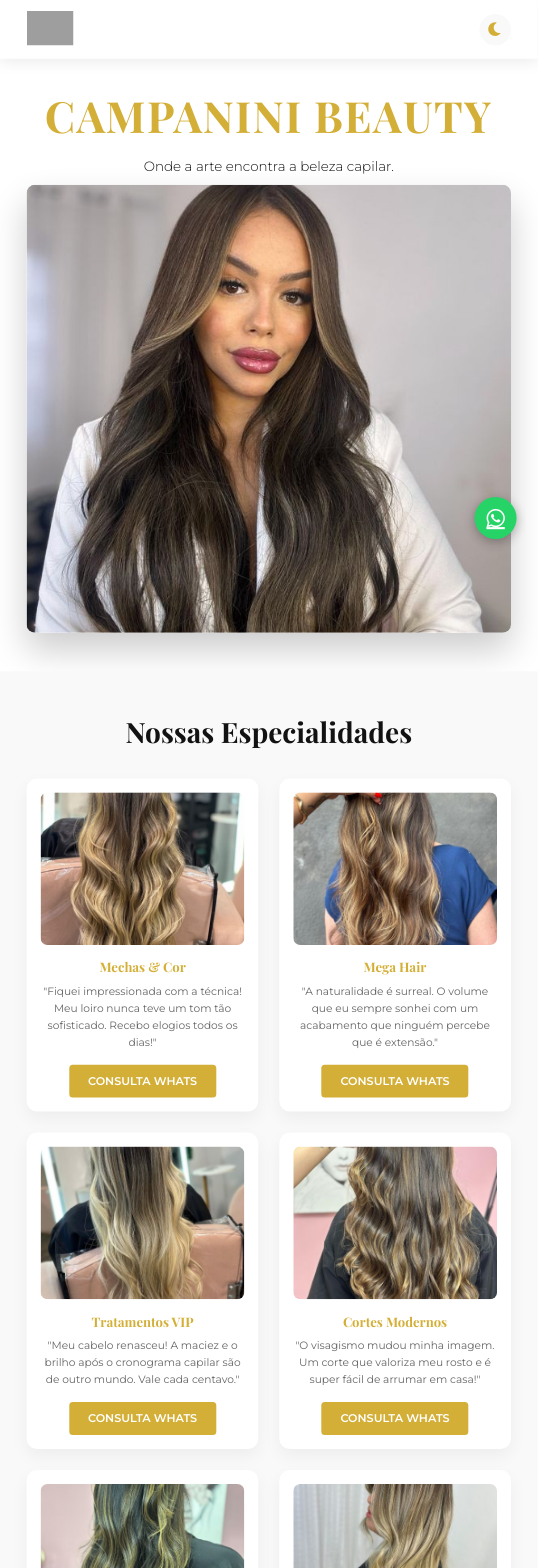
Repository: Sandro1969-tech/campanini-beauty
Page: index.html
These files come from the project's save history. The page is drawn as it stood at one moment and after a run of saves; the edit follows.
The browser window is 768 px wide. The pictures show the part of the page from y = 0 to 2240 px (the page is 3938 px tall before and 3968 px after), at 70% of full size.
Pictures or frames that could not be fetched are drawn as grey boxes. Some web fonts or font styles are not loaded; a fallback is used.

Above is the page before, as saved 2026-02-17 12:27:23.

### index.html
<!DOCTYPE html>
<html lang="pt-br">
<head>
    <meta charset="UTF-8">
    <meta name="viewport" content="width=device-width, initial-scale=1.0">
    <title>Campanini Beauty | Transformação e Brilho</title>
    <link rel="icon" href="assets/image/favicon.png" type="image/png">

    <link href="https://fonts.googleapis.com/css2?family=Montserrat:wght@300;400;600;700&family=Playfair+Display:ital,wght@0,700;1,700&display=swap" rel="stylesheet">
    <link rel="stylesheet" href="https://cdnjs.cloudflare.com/ajax/libs/font-awesome/6.0.0/css/all.min.css">

    <style>
        :root {
            --primary: #d4af37; /* Dourado */
            --dark: #121212;
            --light: #ffffff;
            --gray-bg: #f9f9f9;
            --text-muted: #666;
            --transition: 0.4s cubic-bezier(0.4, 0, 0.2, 1);
        }

        .dark-mode {
            --light: #121212;
            --dark: #ffffff;
            --gray-bg: #1e1e1e;
            --text-muted: #aaa;
        }

        * { margin: 0; padding: 0; box-sizing: border-box; font-family: 'Montserrat', sans-serif; }
        body { background-color: var(--light); color: var(--dark); transition: background var(--transition), color var(--transition); overflow-x: hidden; }

        /* --- Header --- */
        header {
            padding: 15px 5%;
            display: flex;
            justify-content: space-between;
            align-items: center;
            position: sticky;
            top: 0;
            background: var(--light);
            z-index: 1000;
            box-shadow: 0 4px 20px rgba(0,0,0,0.08);
        }

        .logo img { height: 50px; transition: transform 0.3s; }
        .logo img:hover { transform: scale(1.05); }

        .theme-toggle {
            cursor: pointer;
            font-size: 1.4rem;
            color: var(--primary);
            background: var(--gray-bg);
            padding: 10px;
            border-radius: 50%;
            width: 45px;
            height: 45px;
            display: flex;
            align-items: center;
            justify-content: center;
        }

        /* --- Hero Section --- */
        .hero {
            text-align: center;
            padding: 40px 5%;
            max-width: 1200px;
            margin: 0 auto;
        }

        .pulsing-title {
            font-family: 'Playfair Display', serif;
            font-size: clamp(2.5rem, 8vw, 4.5rem);
            margin-bottom: 20px;
            color: var(--primary);
            animation: pulse 2.5s infinite ease-in-out;
            text-transform: uppercase;
            letter-spacing: 2px;
        }
/* CORREÇÃO AQUI: Imagem principal sem altura fixa para não cortar */
    .main-img {
        width: 100%;
        min-height: 400px;
        height: auto; /* Deixa a foto na proporção real */
        max-height: 80vh; /* Impede que fique minigigante em telas enormes */
        object-fit: cover;
        object-position: center; /* Garante que a foto apareça inteira */
        border-radius: 20px;
        margin: 30px 0;
        display: block;
        box-shadow: 0 25px 50px rgba(0,0,0,0.2);
    }

    /* --- Services Grid (Ajuste da Qualidade) --- */
    .services-container { padding: 60px 5%; background: var(--gray-bg); }
    .section-title { text-align: center; font-family: 'Playfair Display', serif; font-size: 2.5rem; margin-bottom: 40px; }

    .services-grid {
        display: grid;
        grid-template-columns: repeat(auto-fit, minmax(300px, 1fr));
        gap: 30px;
        max-width: 1200px;
        margin: 0 auto;
    }

    .service-card {
        background: var(--light);
        padding: 20px;
        border-radius: 15px;
        text-align: center;
        transition: transform var(--transition);
        box-shadow: 0 10px 25px rgba(0,0,0,0.05);
    }

    .service-card:hover { transform: translateY(-10px); }

    /* CORREÇÃO AQUI: Imagens das colunas com proporção preservada */
    .service-card img {
        width: 100%;
        aspect-ratio: 4 / 3; /* Define uma proporção elegante (ajuste para 1/1 se preferir quadradas) */
        object-fit: cover; /* Preenche o espaço sem esticar */
        border-radius: 10px;
        margin-bottom: 15px;
        image-rendering: auto; /* Garante a melhor qualidade do navegador */
    }

    .service-card h3 { font-family: 'Playfair Display', serif; color: var(--primary); margin-bottom: 10px; }
    .service-card p { font-size: 0.95rem; color: var(--text-muted); line-height: 1.6; margin-bottom: 20px; }

    /* --- Botões Hover --- */
    .btn-ws {
        display: inline-block;
        padding: 12px 25px;
        background-color: var(--primary);
        color: white;
        text-decoration: none;
        border-radius: 5px;
        font-weight: 600;
        border: 2px solid var(--primary);
        transition: 0.3s;
    }

    .btn-ws:hover {
        background-color: transparent;
        color: var(--primary);
        transform: scale(1.05);
    }

    /* Resto do CSS (Depoimentos, Rodapé, Whats) mantidos para responsividade */
    .testimonials { padding: 80px 5%; text-align: center; max-width: 1200px; margin: 0 auto; }
    .testimonial-grid { display: grid; grid-template-columns: repeat(auto-fit, minmax(250px, 1fr)); gap: 25px; margin-top: 40px; }
    .testi-card { padding: 30px; border: 1px solid var(--primary); border-radius: 15px; }
    .testi-img { width: 70px; height: 70px; border-radius: 50%; object-fit: cover; border: 2px solid var(--primary); margin-bottom: 15px; }

    footer { background: #000; color: #fff; padding: 50px 5% 20px; text-align: center; }
    .map-container { margin: 30px auto; max-width: 900px; height: 300px; border-radius: 15px; overflow: hidden; }

    .whatsapp-float {
        position: fixed; bottom: 30px; right: 30px;
        background-color: #25d366; color: #FFF;
        border-radius: 50%; width: 60px; height: 60px;
        display: flex; align-items: center; justify-content: center;
        font-size: 30px; z-index: 2000; box-shadow: 0 4px 15px rgba(0,0,0,0.3);
        animation: bounce 2s infinite;
    }

    @keyframes pulse {
        0%, 100% { transform: scale(1); }
        50% { transform: scale(1.05); text-shadow: 0 0 20px rgba(212, 175, 55, 0.5); }
    }
    @keyframes bounce {
        0%, 20%, 50%, 80%, 100% {transform: translateY(0);}
        40% {transform: translateY(-10px);}
    }

@media (max-width: 768px) {}
            .main-img {
                min-height: 300px; /* No celular ela se ajusta para não sumir */
                margin: 15px 0;
                border-radius: 12px;</style>    </style>
</head>
<body>

    <header>
        <div class="logo">
            <img src="assets/image/Logo-campanini.png" alt="Campanini Beauty">
        </div>
        <div class="theme-toggle" onclick="toggleTheme()" title="Trocar modo">
            <i class="fas fa-moon" id="theme-icon"></i>
        </div>
    </header>

    <section class="hero">
        <h1 class="pulsing-title">Campanini Beauty</h1>
        <p style="font-size: 1.2rem; font-weight: 300;">Onde a arte encontra a beleza capilar.</p>
        <img src="assets/image/principal.jpg" alt="Destaque Campanini" class="main-img">
    </section>

    <div class="services-container">
        <h2 class="section-title">Nossas Especialidades</h2>
        <div class="services-grid">
            <div class="service-card">
                <img src="assets/image/imagem1.jpg" alt="Mechas">
                <h3>Mechas & Cor</h3>
                <p>"Fiquei impressionada com a técnica! Meu loiro nunca teve um tom tão sofisticado. Recebo elogios todos os dias!"</p>
                <a href="https://wa.me/5511999999999" class="btn-ws">CONSULTA WHATS</a>
            </div>
            <div class="service-card">
                <img src="assets/image/imagem2.jpg" alt="Mega Hair">
                <h3>Mega Hair</h3>
                <p>"A naturalidade é surreal. O volume que eu sempre sonhei com um acabamento que ninguém percebe que é extensão."</p>
                <a href="https://wa.me/5511999999999" class="btn-ws">CONSULTA WHATS</a>
            </div>
            <div class="service-card">
                <img src="assets/image/imagem3.jpg" alt="Tratamentos">
                <h3>Tratamentos VIP</h3>
                <p>"Meu cabelo renasceu! A maciez e o brilho após o cronograma capilar são de outro mundo. Vale cada centavo."</p>
                <a href="https://wa.me/5511999999999" class="btn-ws">CONSULTA WHATS</a>
            </div>
            <div class="service-card">
                <img src="assets/image/imagem4.jpg" alt="Cortes">
                <h3>Cortes Modernos</h3>
                <p>"O visagismo mudou minha imagem. Um corte que valoriza meu rosto e é super fácil de arrumar em casa!"</p>
                <a href="https://wa.me/5511999999999" class="btn-ws">CONSULTA WHATS</a>
            </div>
            <div class="service-card">
                <img src="assets/image/imagem5.jpg" alt="Alisamentos">
                <h3>Liso Supremo</h3>
                <p>"Finalmente um alisamento que deixa o cabelo com balanço e aspecto saudável. Brilho espelhado maravilhoso!"</p>
                <a href="https://wa.me/5511999999999" class="btn-ws">CONSULTA WHATS</a>
            </div>
            <div class="service-card">
                <img src="assets/image/imagem6.jpg" alt="Escovas">
                <h3>Escovas & Botox</h3>
                <p>"A finalização perfeita. Saio do salão me sentindo uma celebridade pronta para qualquer evento!"</p>
                <a href="https://wa.me/5511999999999" class="btn-ws">CONSULTA WHATS</a>
            </div>
        </div>
    </div>

    <section class="testimonials">
        <h2 class="section-title">Quem Confia</h2>
        <div class="testimonial-grid">
            <div class="testi-card">
                <img src="https://i.pravatar.cc/150?u=1" alt="Cliente 1" class="testi-img">
                <i class="fas fa-quote-left"></i>
                <p>"O melhor salão de São Paulo! O atendimento do Campanini Beauty é impecável e os produtos são de altíssima qualidade."</p>
                <h4 style="margin-top:15px; color: var(--primary);">Mariana Silva</h4>
            </div>
            <div class="testi-card">
                <img src="https://i.pravatar.cc/150?u=2" alt="Cliente 2" class="testi-img">
                <i class="fas fa-quote-left"></i>
                <p>"Fiz reflexo e cortei. O resultado superou todas as minhas expectativas. Me sinto um gatão!"</p>
                <h4 style="margin-top:15px; color: var(--primary);">Julio Costa</h4>
            </div>
            <div class="testi-card">
                <img src="https://i.pravatar.cc/150?u=3" alt="Cliente 3" class="testi-img">
                <i class="fas fa-quote-left"></i>
                <p>"Ambiente luxuoso e profissionais extremamente competentes. É o meu momento favorito da semana."</p>
                <h4 style="margin-top:15px; color: var(--primary);">Fernanda Lima</h4>
            </div>
        </div>
    </section>

    <footer>
        <div class="social-links">
            <a href="https://instagram.com/campaninibeauty" target="_blank"><i class="fab fa-instagram"></i></a>
        </div>
        <p><i class="fas fa-map-marker-alt" style="color:var(--primary)"></i> Rua soldado João Oliveira, 421<br>Bairro Chácara Inglesa, São Paulo</p>

        <div class="map-container">
            <iframe src="https://www.google.com/maps/embed?pb=!1m18!1m12!1m3!1d3655.8828987317785!2d-46.6384288!3d-23.6085188!2m3!1f0!2f0!3f0!3m2!1i1024!2i768!4f13.1!3m3!1m2!1s0x94ce5a3713606f7b%3A0xc07472064166297a!2sR.%20Soldado%20Jo%C3%A3o%20de%20Oliveira%2C%20421%20-%20Ch%C3%A1cara%20Inglesa%2C%20S%C3%A3o%20Paulo%20-%20SP%2C%2004139-011!5e0!3m2!1spt-BR!2sbr!4v1700000000000" width="100%" height="100%" style="border:0;" allowfullscreen="" loading="lazy"></iframe>
        </div>
        <p style="font-size: 0.8rem; opacity: 0.6;">© 2024 Campanini Beauty. Criado com elegância.</p>
    </footer>

    <a href="https://wa.me/5511999999999" class="whatsapp-float" target="_blank">
        <i class="fab fa-whatsapp"></i>
    </a>

    <script>
        function toggleTheme() {
            const body = document.body;
            const icon = document.getElementById('theme-icon');
            body.classList.toggle('dark-mode');

            if (body.classList.contains('dark-mode')) {
                icon.classList.replace('fa-moon', 'fa-sun');
            } else {
                icon.classList.replace('fa-sun', 'fa-moon');
            }
        }
    </script>
</body>
</html>

After the next 2 saves:
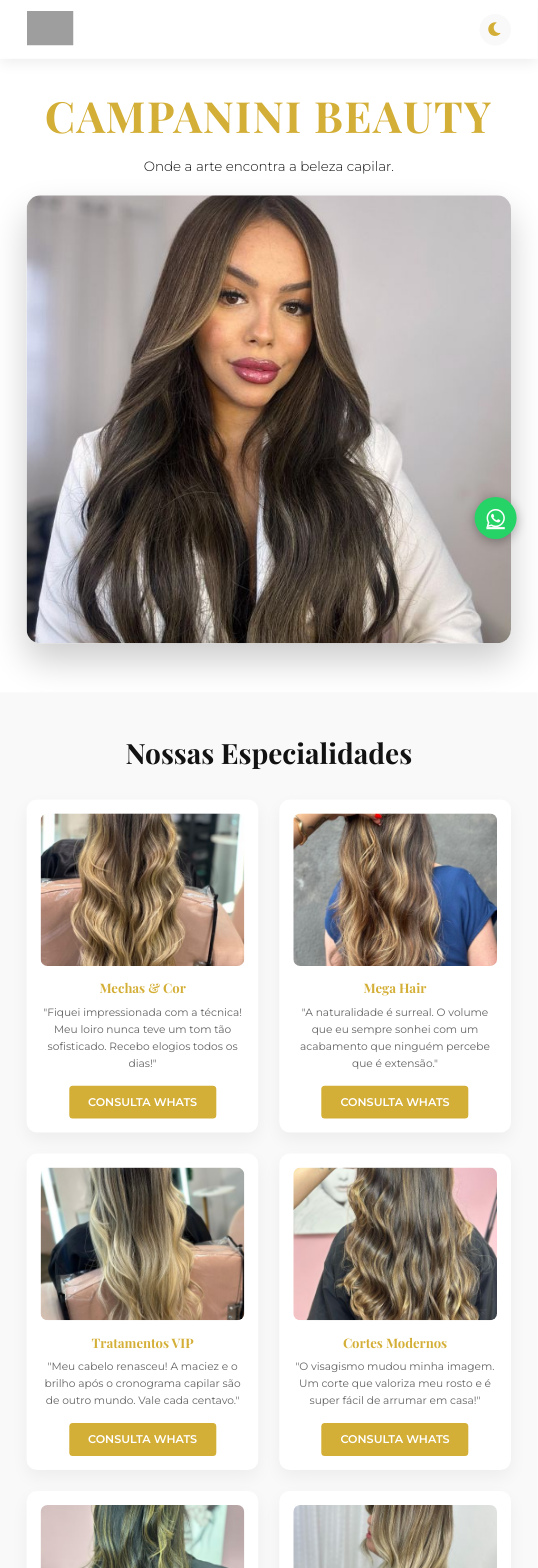
The 2 saves are shown as one change because they came seconds apart.
The last was saved 7 s later.
--- a/index.html
+++ b/index.html
@@ -172,8 +172,8 @@
         40% {transform: translateY(-10px);}
     }
 
-@media (max-width: 768px) {}
-            .main-img {
+@media (max-width: 768px) {
+            .main-img
                 min-height: 300px; /* No celular ela se ajusta para não sumir */
                 margin: 15px 0;
                 border-radius: 12px;</style>    </style>
